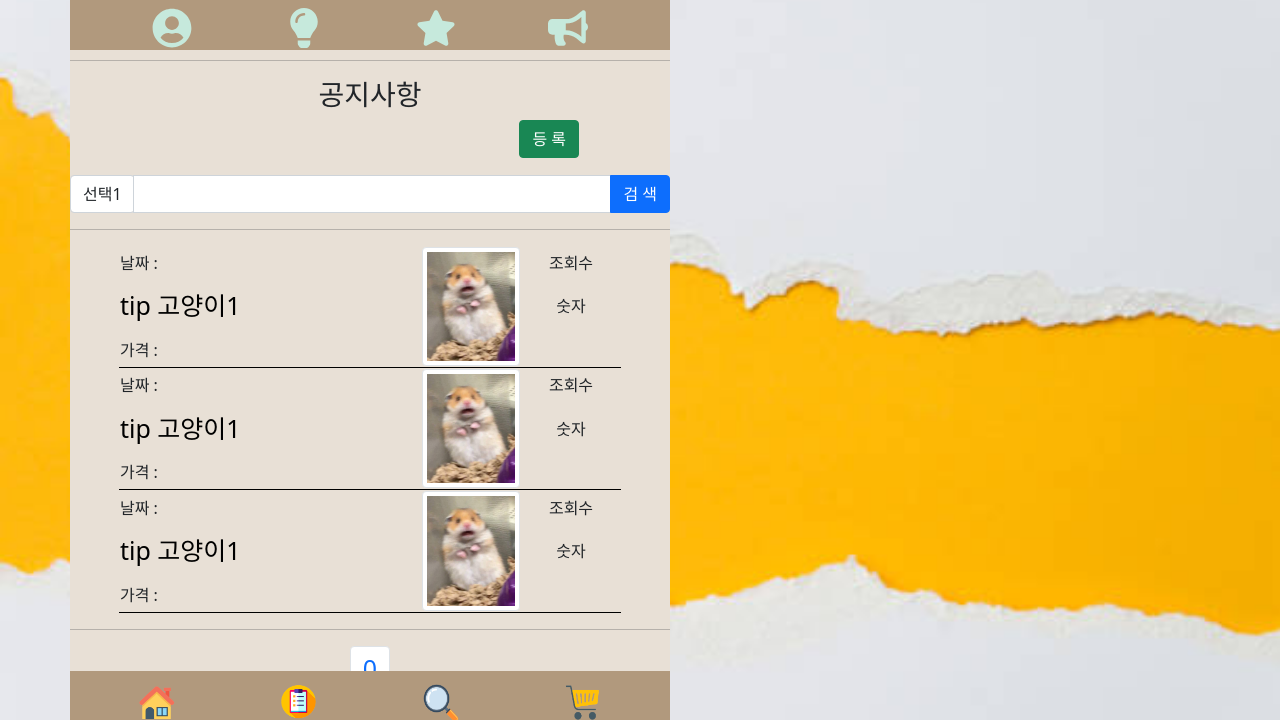
Repository: heegyu97/project
Page: http://localhost/0801_mvc2/WEB-INF/views/notice/notice.jsp
An editor plug-in stored every save of this project. The page is shown before and after the next save, followed by the edit.
The browser window is 1280 px wide. The pictures show the whole page.
An inner scrolling area shows only its first screen. Some web libraries are served in a nearby version. The page is served by Tomcat 9. Nobody is signed in. The template is opened directly, without the code that normally fills it, so the values that code supplies are empty.

Above is the page before, as saved 2022-08-11 05:51:38.

After the next save:
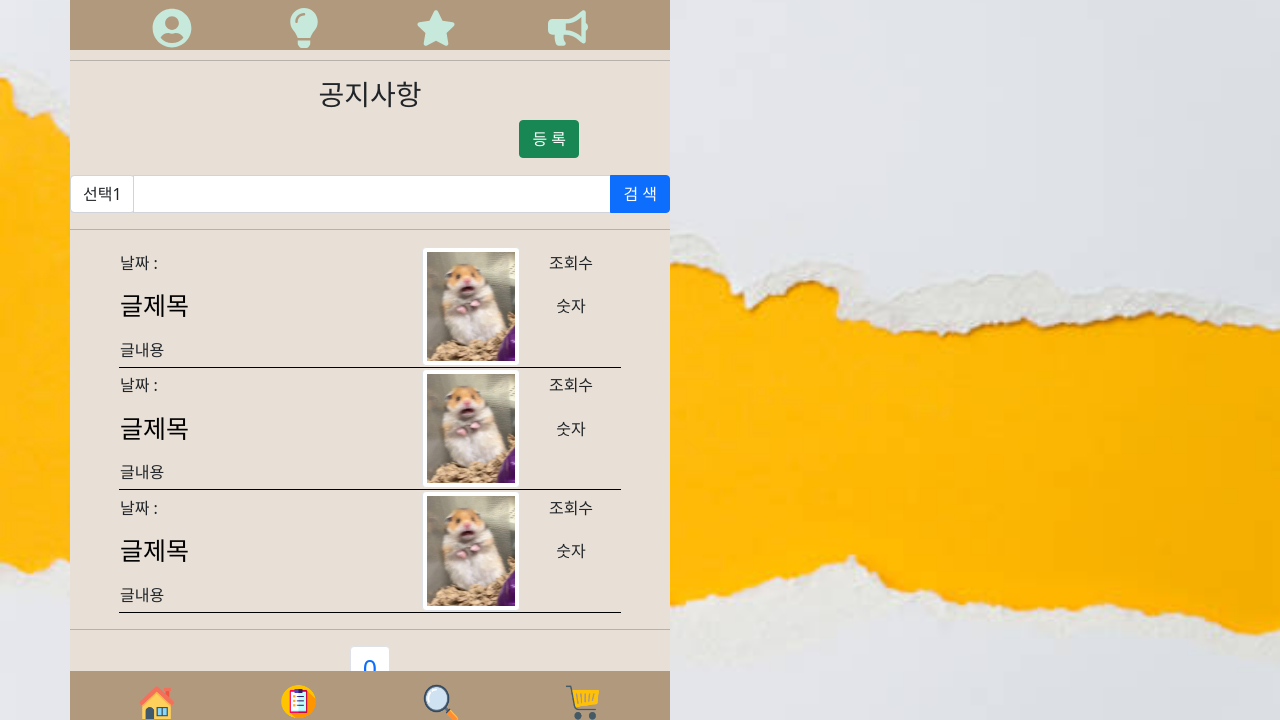
Saved 2 min 4 s later.
--- a/0720/0801_mvc2/src/main/webapp/WEB-INF/views/notice/notice.jsp
+++ b/0720/0801_mvc2/src/main/webapp/WEB-INF/views/notice/notice.jsp
@@ -94,13 +94,13 @@
 							<td width="300px">
 								<div class="pname">
 								<a href="${pageContext.request.contextPath}/tip/tipdetail?tip_no=${dto.tip_no}">
-									tip 고양이1
+									글제목
 								</a>
 								</div>
 							</td>
 							<td style="text-align: center">숫자</td>
 						</tr>
-						<tr style="border-bottom: 1px solid black"><td width="300px" >가격 : </td></tr>
+						<tr style="border-bottom: 1px solid black"><td width="300px" >글내용</td></tr>
 					</c:forEach>
 
 			</tbody>
